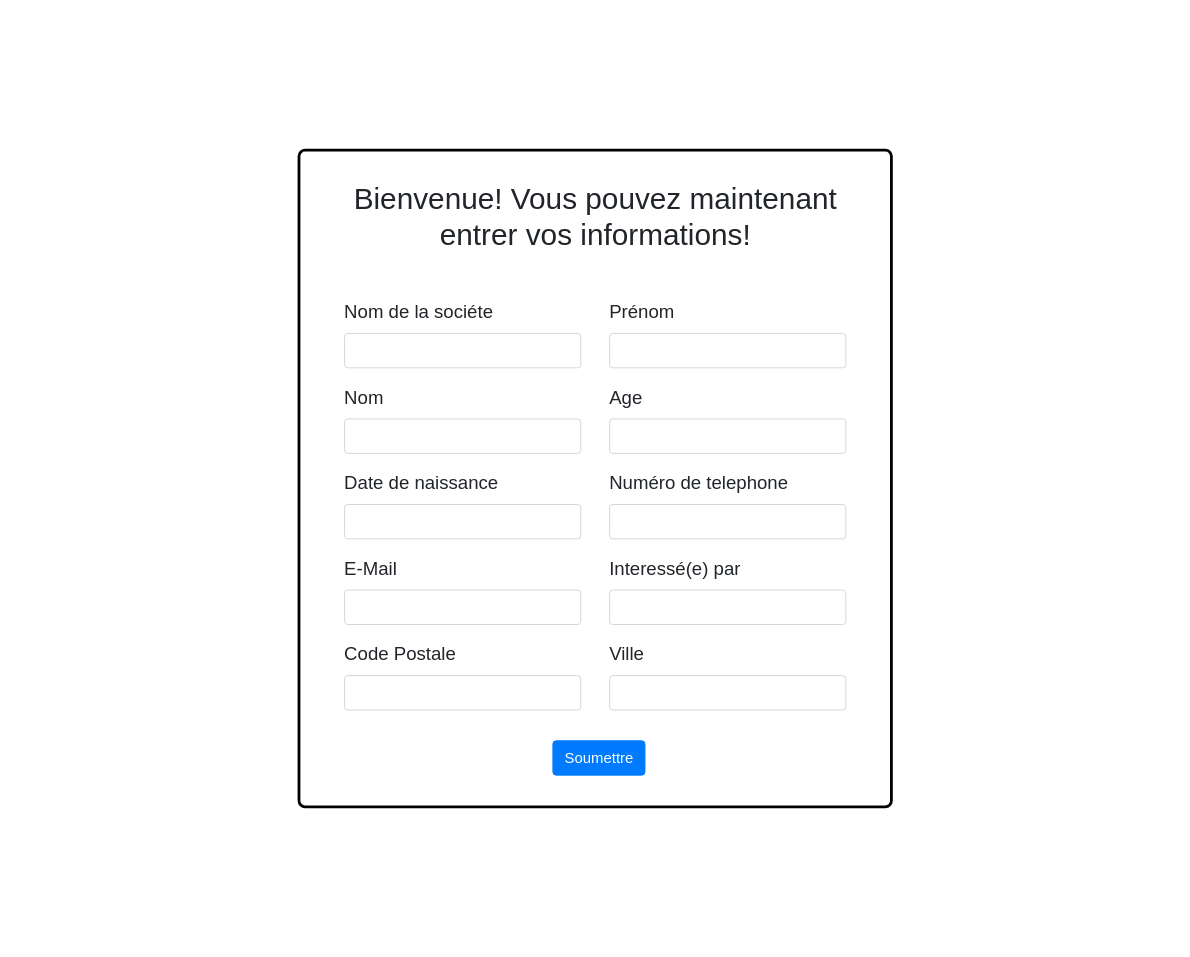
Repository: Aminox84/frontend-main
Page: /
The author's editor kept a copy of each file at every save. The page is drawn from the files as they stood at one save, then again after the next save.
The browser window is 1280 px wide. The pictures show the whole page, at 93% of full size.
The page's requests for data from a server got no answer. The project was rebuilt for these pictures with package versions that can differ from the ones it lists, and the page was loaded fresh each time. No one was signed in, and anything a server would have sent is missing.

Above is the page before, as saved 2022-12-30 20:52:59.

After the next save:
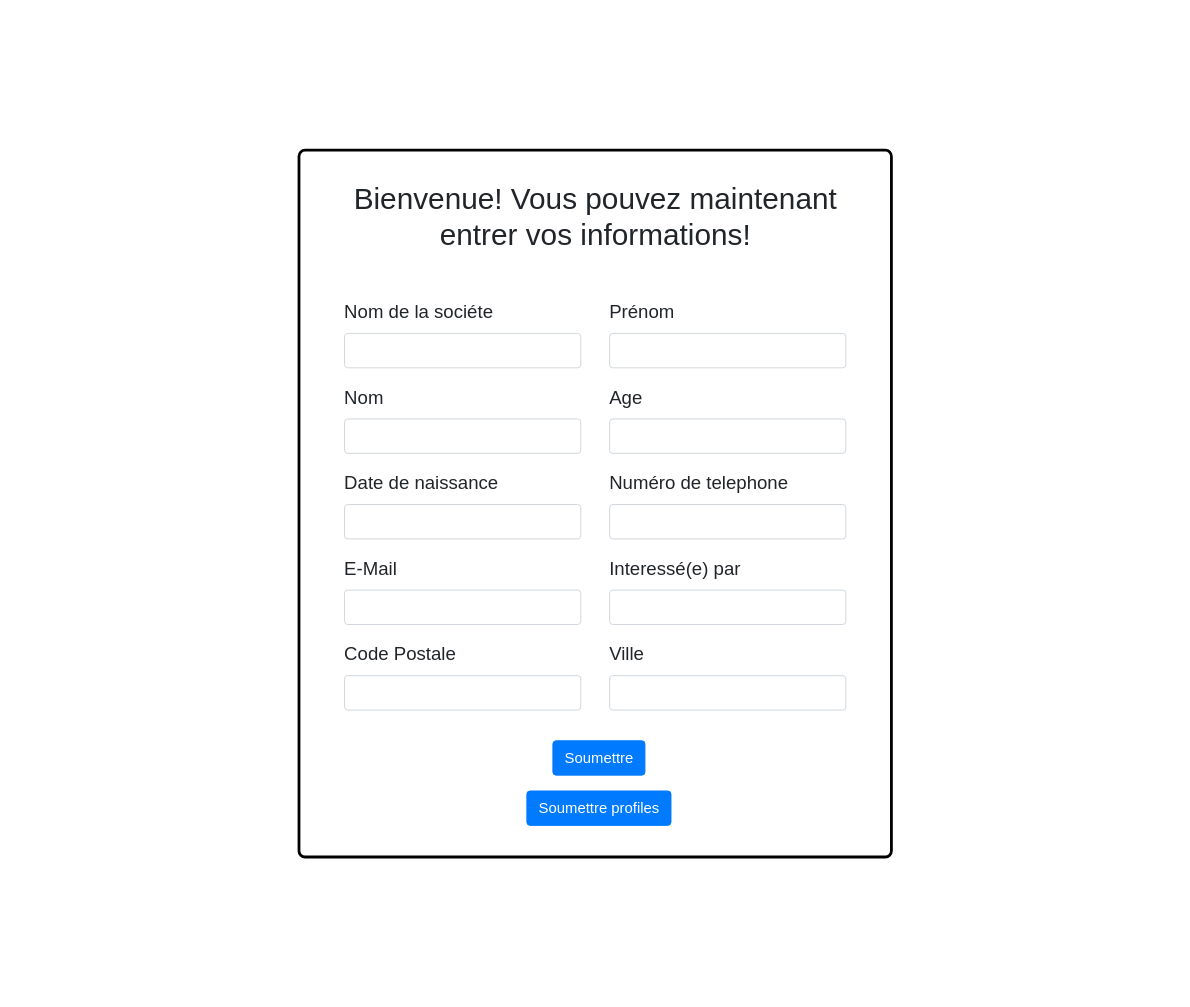
Saved 2 min 28 s later.
--- a/src/userForm.tsx
+++ b/src/userForm.tsx
@@ -84,8 +84,6 @@ const UserForm = () => {
        console.log(id)
       })
 
-    handleSubmitPartOne()
-
   }
 
   const labelFontSize = { fontSize: '20px' }
@@ -257,6 +255,15 @@ const UserForm = () => {
             Soumettre
           </button>
         </div>
+        <div className="d-flex justify-content-center mt-3">
+          <button
+            onClick={handleSubmitButton}
+            type="button"
+            className="btn btn-primary ml-2"
+          >
+            Soumettre profiles
+          </button>
+        </div>
       </div>
     </>
   )
